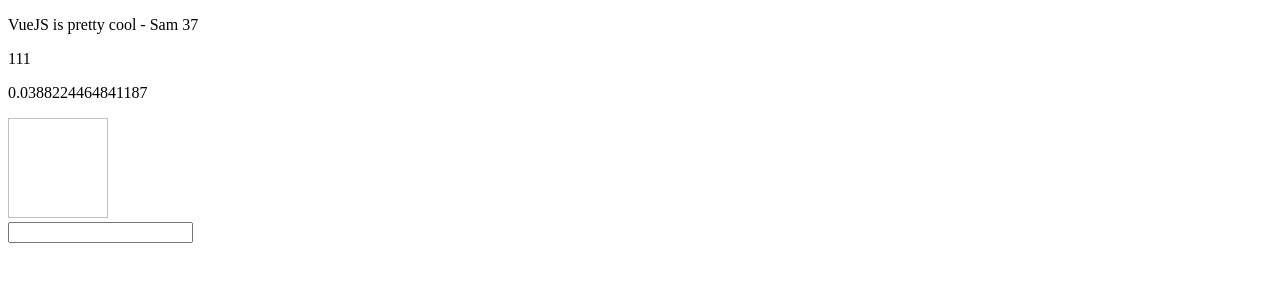
Repository: Samtrapskin/Time-to-learn-Vue.JS
Page: excersiseFiles.html
An editor plug-in stored every save of this project. The page is shown before and after a run of saves, followed by the edit.
The browser window is 1280 px wide. The pictures show the whole page.

Above is the page before, as saved 2018-06-26 17:29:59.

### excersiseFiles.html
<!DOCTYPE html>
<html lang="en">
<head>
    <meta charset="UTF-8">
    <meta name="viewport" content="width=device-width, initial-scale=1.0">
    <meta http-equiv="X-UA-Compatible" content="ie=edge">
    <script src="vue.js"></script>

    <title>Document</title>
</head>
<body>

        <div id="exercise">
           <!-- 1) Fill the <p> below with your Name and Age - using Interpolation -->
            <p>VueJS is pretty cool - {{name}} {{age}}</p>
            <!-- 2) Output your age, multiplied by 3 -->
            <p>
                {{old ()}}
            </p>
            <!-- 3) Call a function to output a random float between 0 and 1 (Math.random()) -->
            <p>
                {{randomNumber()}}
            </p>
            <!-- 4) Search any image on Google and output it here by binding the "src" attribute -->
            <div>
                    <!-- v-bind:href ="link"> -->
                <img v-bind:href ="finishedLink" style="width:100px;height:100px">

            </div>
            <!-- 5) Pre-Populate this input with your name (set the "value" attribute) -->
            <div>
                <input type="text">
            </div>
        </div>

        <script>

              new Vue({
                el: '#exercise',
                data: {
                    name: 'Sam',
                    age: '37',
                    finishedLink: src='https://dd5394a0b8ca8e97ba29-abf76f3d91a2125517d6c7c409f095c7.ssl.cf1.rackcdn.com/content/common/Models/2018/0e48a623-3779-44a5-9783-0650d2c13a80.png',
                    value: 'SamJam'

                },
                methods: {
                    old: function () {
                       return this.age * 3;
                    },
                    randomNumber: function() {
                        return Math.random(100)
                    }


                }
              });






        </script>

</body>
</html>

Loaded but not shown: vue.js (library)

After the next 2 saves:
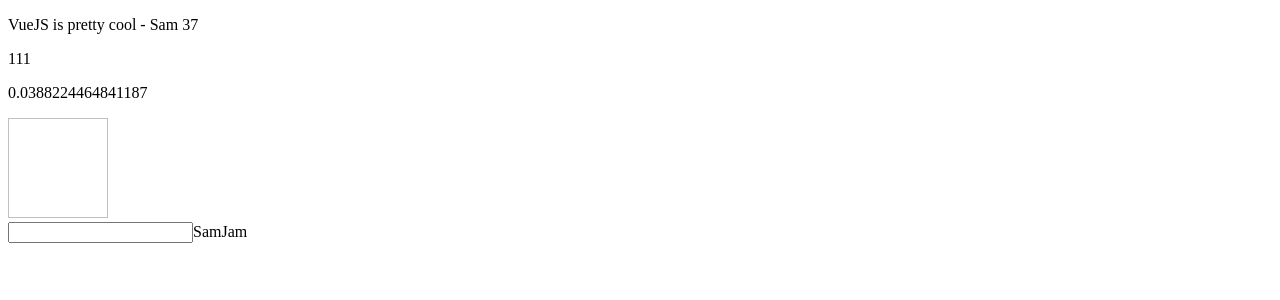
The 2 saves are shown as one change because they came seconds apart.
The last was saved 8 s later.
--- a/excersiseFiles.html
+++ b/excersiseFiles.html
@@ -29,7 +29,7 @@
             </div>
             <!-- 5) Pre-Populate this input with your name (set the "value" attribute) -->
             <div>
-                <input type="text">
+                <input type="text">{{value}}
             </div>
         </div>
 
